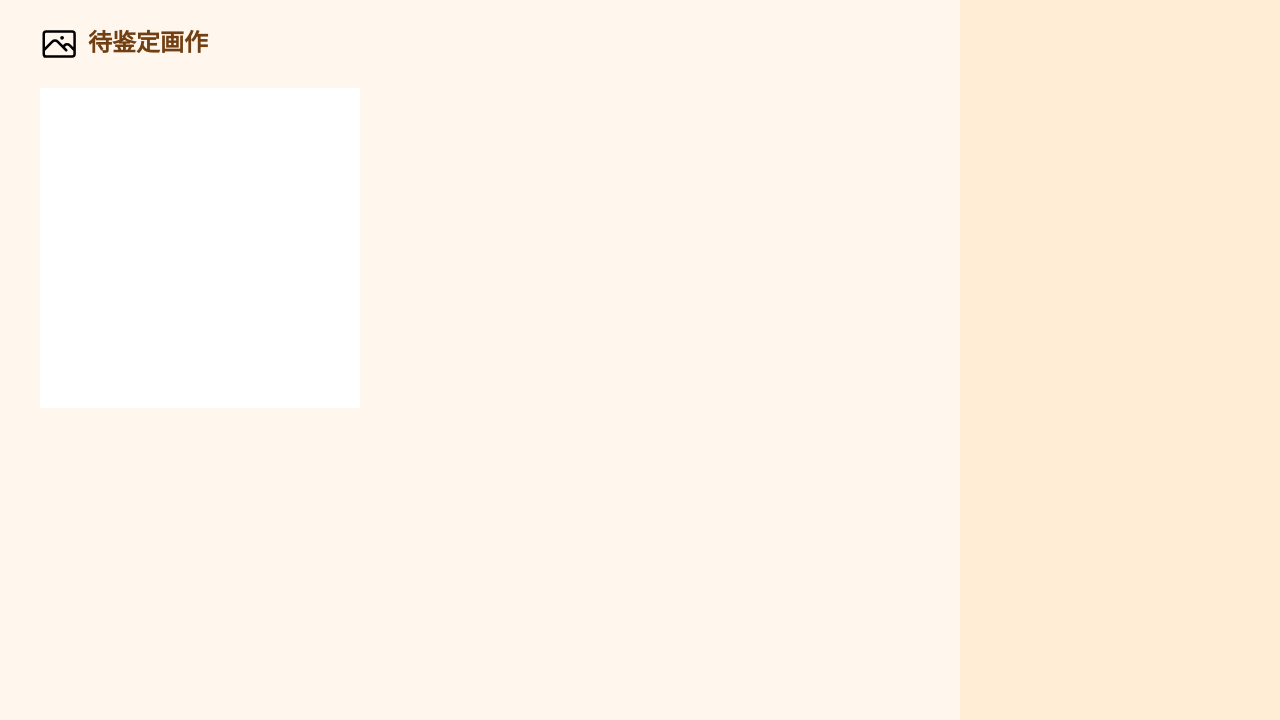
Repository: gaosth/Eyesee
Page: /dtail
These files come from the project's save history. The page is drawn as it stood at one moment and after the next save; the edit follows.
The browser window is 1280 px wide. The pictures show the whole page.
The project was rebuilt for these pictures with package versions that can differ from the ones it lists, and the page was loaded fresh each time. Also part of the build but not shown: vite.config.js, src/components/WelcomeItem.vue, src/components/icons/IconDocumentation.vue, src/components/icons/IconTooling.vue, src/components/icons/IconEcosystem.vue, src/components/icons/IconCommunity.vue, src/components/icons/IconSupport.vue, src/components/TheWelcome.vue and 5 more.

Above is the page before, as saved 2024-03-15 11:54:03.

After the next save:
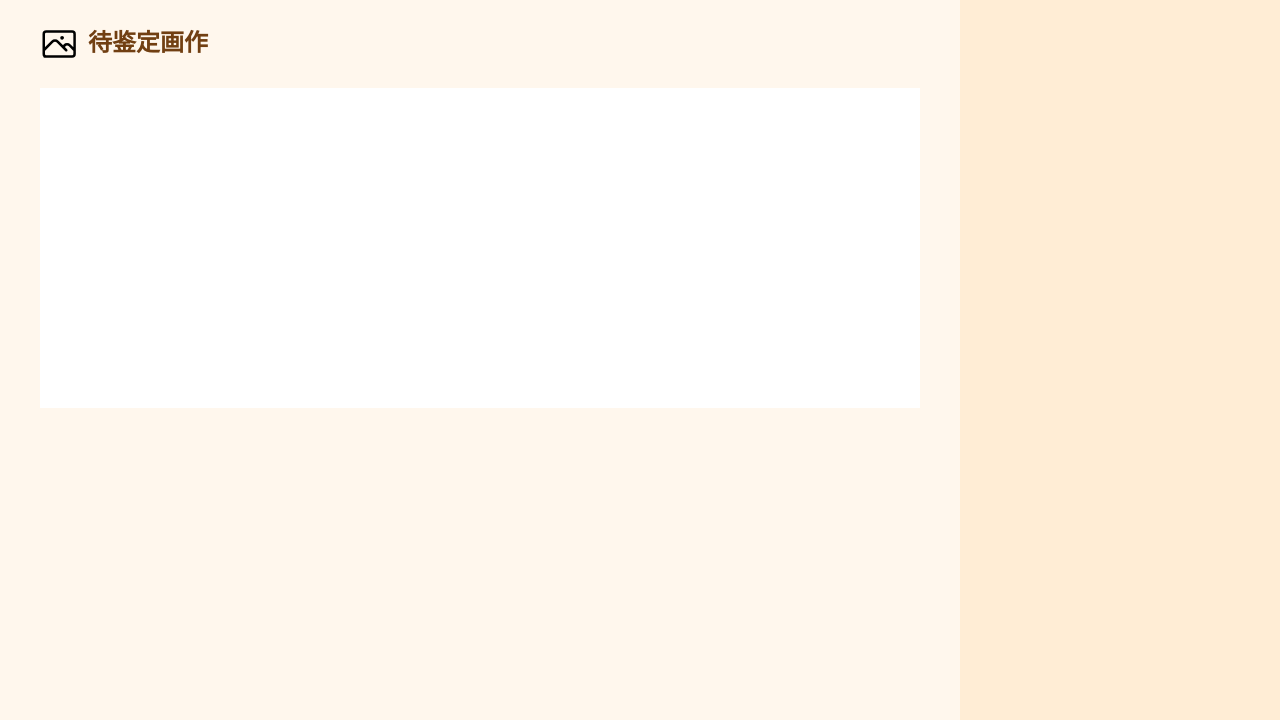
Saved 4 s later.
--- a/src/views/DetailView.vue
+++ b/src/views/DetailView.vue
@@ -12,7 +12,7 @@
                 </div>
             </div>
             <div class = "mx-10 my-6">
-                <div class = "h-80 w-80 bg-white">
+                <div class = "h-80 w-100 bg-white">
 
                 </div>
             </div>
